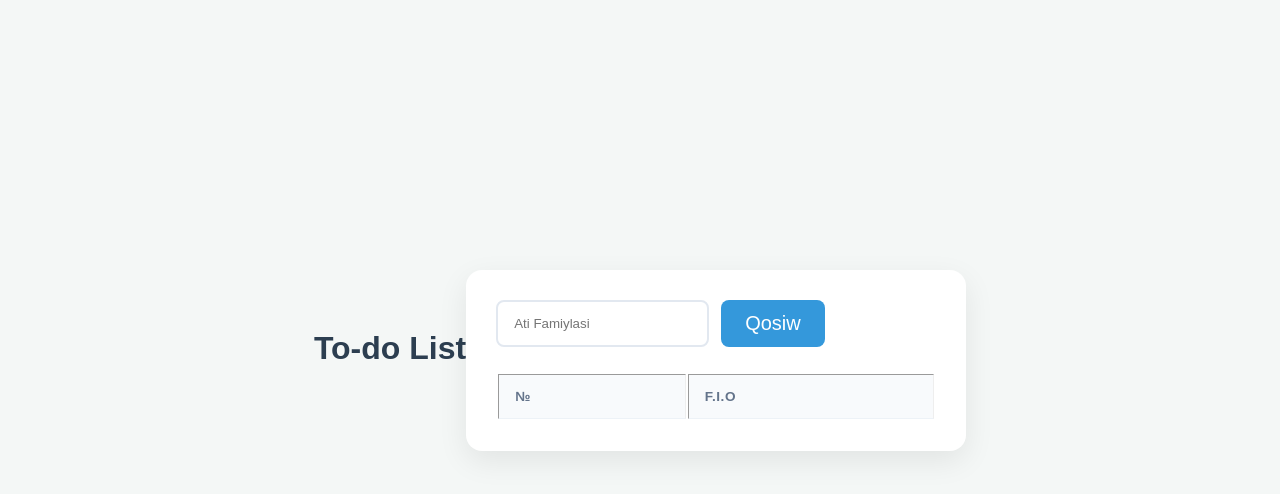
Repository: atamuratov777/my-to-do-list
Page: index.html
These files come from the project's save history. The page is drawn as it stood at one moment and after the next save; the edit follows.
The browser window is 1280 px wide. The pictures show the whole page.

Above is the page before, as saved 2026-06-18 14:15:56.

After the next save:
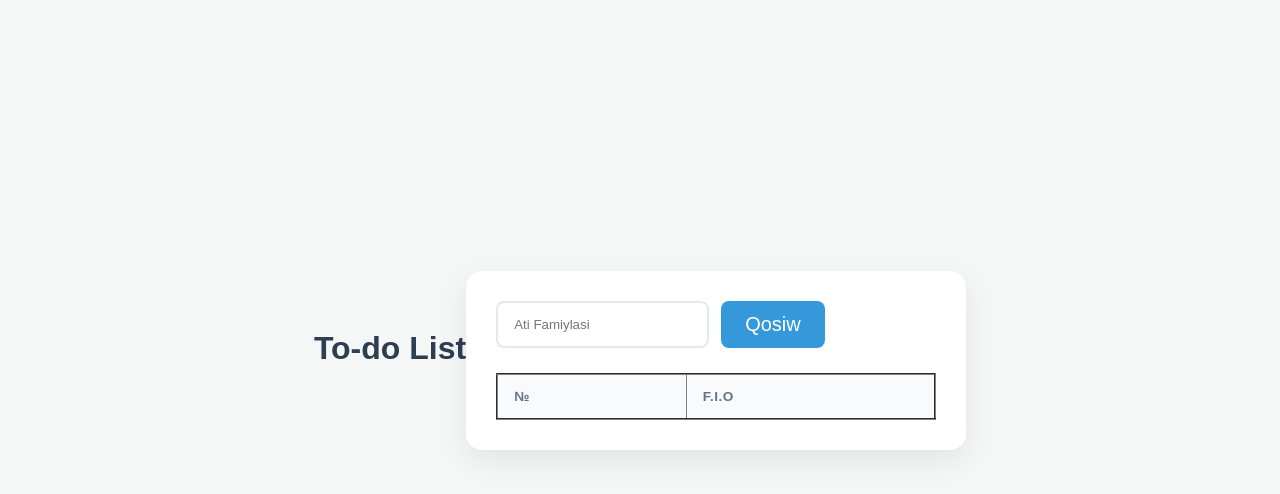
Saved 10 s later.
--- a/style.css
+++ b/style.css
@@ -75,7 +75,7 @@ button:hover {
 
 table {
     width: 100%;
-   border: none;
+    border-collapse: collapse;
     margin-top: 10px;
     text-align: left;
 }
